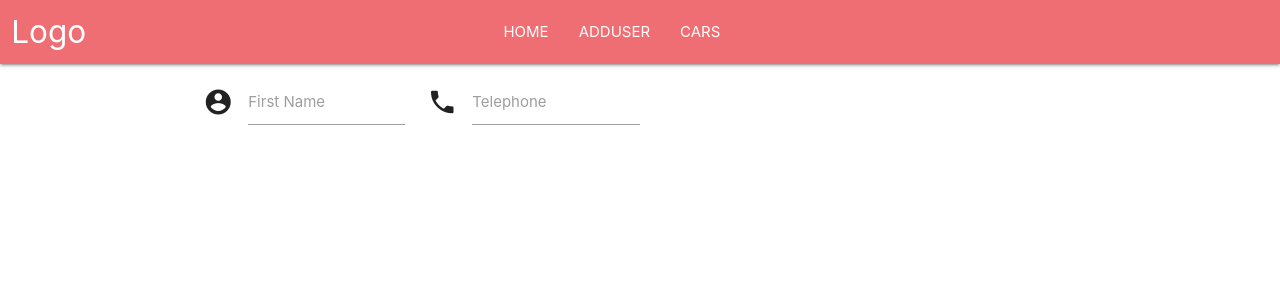
Repository: JenyaIII-sudo/Cars
Page: /Add
These files come from the project's save history. The page is drawn as it stood at one moment and after a run of saves; the edit follows.
The browser window is 1280 px wide. The pictures show the whole page.
The project was rebuilt for these pictures with package versions that can differ from the ones it lists, and the page was loaded fresh each time. Also part of the build but not shown: src/App.css, src/Components/Home.js. Imported but missing from the stored project, and not drawn on this page: src/Components/Cars.

Above is the page before, as saved 2019-11-24 15:35:16.

### public/index.html
<!DOCTYPE html>
<html lang="en">
  <head>
    <meta charset="utf-8" />
    <link rel="icon" href="%PUBLIC_URL%/favicon.ico" />
    <meta name="viewport" content="width=device-width, initial-scale=1" />
    <meta name="theme-color" content="#000000" />
    <meta
      name="description"
      content="Web site created using create-react-app"
    />
    <link rel="apple-touch-icon" href="logo192.png" />

    <link rel="manifest" href="%PUBLIC_URL%/manifest.json" />
    <link
      rel="stylesheet"
      href="https://cdnjs.cloudflare.com/ajax/libs/materialize/1.0.0/css/materialize.min.css"
    />
    <link
      href="https://fonts.googleapis.com/icon?family=Material+Icons"
      rel="stylesheet"
    />
    <title>React App</title>
  </head>
  <body>
    <noscript>You need to enable JavaScript to run this app.</noscript>
    <div id="root"></div>
    <script src="https://cdnjs.cloudflare.com/ajax/libs/materialize/1.0.0/js/materialize.min.js"></script>
  </body>
</html>

### src/App.js
import React from "react";
import "./App.css";
import NavBar from "./Components/NavBar";
import { BrowserRouter as Router, Route } from "react-router-dom";
import Cars from "./Components/Cars";
import Home from "./Components/Home";
import AddUser from "./Components/AddUser";

function App() {
  return (
    <Router>
      <div className="row container-fluid">
        <NavBar />
        <Route path="/Home" component={Home} />
        <Route path="/Add" component={AddUser} />
        <Route path="/Cars" component={Cars} />
      </div>
    </Router>
  );
}

export default App;

### src/Components/NavBar.js
import React from "react";
import { Link } from "react-router-dom";

const NavBar = () => {
  return (
    <nav>
      <div className="nav-wrapper col s7">
        <a href="#" className="brand-logo">
          Logo
        </a>
        <ul id="nav-mobile" className="right hide-on-med-and-down">
          <li>
            <Link to="/Home">HOME</Link>
          </li>
          <li>
            <Link to="/Add">ADDUSER</Link>
          </li>
          <li>
            <Link to="/Cars">CARS</Link>
          </li>
        </ul>
      </div>
    </nav>
  );
};

export default NavBar;

### src/Components/AddUser.js
import React from "react";

const AddUser = () => {
  return (
    <div className="container">
      <form className="col s6">
        <div className="row">
          <div className="input-field col s6">
            <i className="material-icons prefix">account_circle</i>
            <input id="icon_prefix" type="text" className="validate" />
            <label for="icon_prefix">First Name</label>
          </div>
          <div className="row">
            <div className="input-field col s6">
              <i className="material-icons prefix">phone</i>
              <input id="icon_telephone" type="tel" className="validate" />
              <label for="icon_telephone">Telephone</label>
            </div>
          </div>
        </div>
      </form>
    </div>
  );
};

export default AddUser;

Loaded but not shown: src/index.js (common file); src/index.css (common file)

After the next 2 saves:
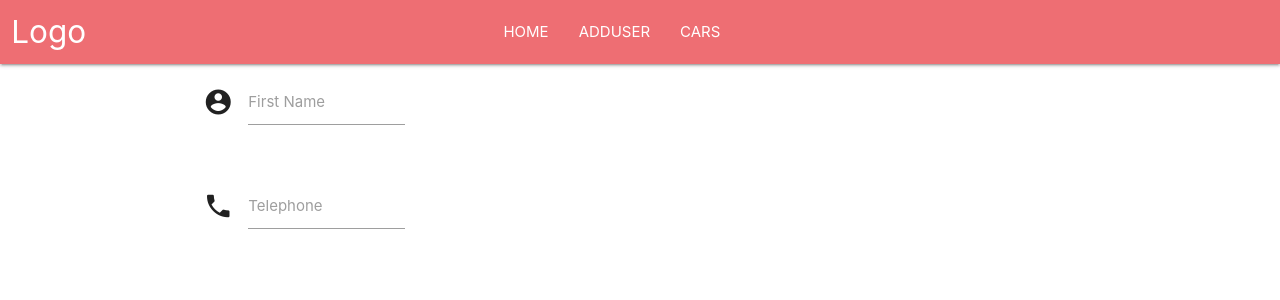
The 2 saves are shown as one change because 1 did not build or start.
The last was saved 46 s later.
--- a/src/Components/AddUser.js
+++ b/src/Components/AddUser.js
@@ -10,12 +10,12 @@ const AddUser = () => {
             <input id="icon_prefix" type="text" className="validate" />
             <label for="icon_prefix">First Name</label>
           </div>
-          <div className="row">
-            <div className="input-field col s6">
-              <i className="material-icons prefix">phone</i>
-              <input id="icon_telephone" type="tel" className="validate" />
-              <label for="icon_telephone">Telephone</label>
-            </div>
+        </div>
+        <div className="row">
+          <div className="input-field col s6">
+            <i className="material-icons prefix">phone</i>
+            <input id="icon_telephone" type="tel" className="validate" />
+            <label for="icon_telephone">Telephone</label>
           </div>
         </div>
       </form>
